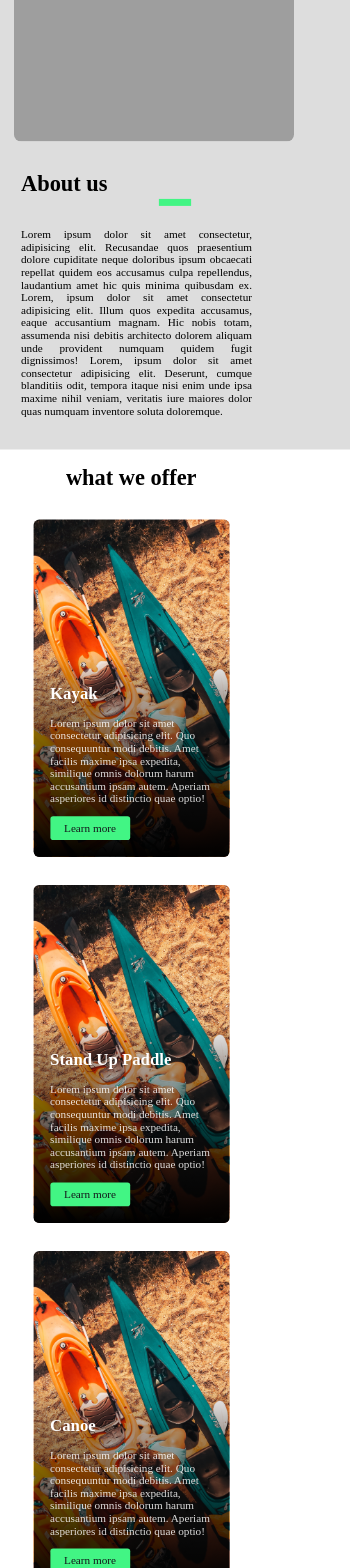
Repository: joseluis2289/Responsive-club-website
Page: index.html
These files come from the project's save history. The page is drawn as it stood at one moment and after the next save; the edit follows.
The browser window is 375 px wide. The page is 500 px wide, so the pictures cover 500 px, including what lies to the right of the window. The pictures show the part of the page from y = 1273 to 3513 px (the page is 4393 px tall before and 4417 px after), at 70% of full size.
Pictures or frames that could not be fetched are drawn as grey boxes.

Above is the page before, as saved 2021-08-24 13:07:35.

### index.html
<!DOCTYPE html>
<html lang="en">
<head>
    <meta charset="UTF-8">
    <meta http-equiv="X-UA-Compatible" content="IE=edge">
    <meta name="viewport" content="width=device-width, initial-scale=1.0">
    <link rel="stylesheet" href="style.css">
    <script src="script.js" defer></script>
    <title>Responsive-Club-website</title>
</head>
<body>

    <nav class="navbar">
        <!-- hamburger toggle -->
        <div class="brand-title">Club-Website</div>
        <a href="#" class="toggle-button">
            <span class="bar"></span>
            <span class="bar"></span>
            <span class="bar"></span>
        </a>

        <div class="nav-links">
            <ul>
                <li><a href="#">Home</a></li>
                <li><a href="#">About</a></li>
                <li><a href="#">Contact</a></li>
            </ul>
        </div>
    </nav>
<div class="banner"></div>

<section class="welcome">
    <h1 class="discover-title">Discover the city of Leipzig</h1>
    <p class="p-discover">Discover the "water city of Leipzig". No matter whether by paddle <strong>or canoe or rowing boat.</strong>The city and its surroundings are among the most beautiful paddling areas in Saxony. Leipzig offers an incomparable combination of urban flair, unique Wilhelminian style architecture Unesco World Heritage Site and natural paradise Leipzig floodplain forest. Overall, the city has almost 300 km of extensive river and canal landscape.</p>

</section>

<!-- about us section -->
<div class="grid-container-about">
    <img class="grid-item-img" src="./Cosmetics Discount Sale Landscape Banner.png" alt="about">
    <div class="grid-item-text"><h1><a class="aboutUs-title" href="#">About us</a></h1><p class="aboutUs-text"> Lorem ipsum dolor sit amet consectetur, adipisicing elit. Recusandae quos praesentium dolore cupiditate neque doloribus ipsum obcaecati repellat quidem eos accusamus culpa repellendus, laudantium amet hic quis minima quibusdam ex. Lorem, ipsum dolor sit amet consectetur adipisicing elit. Illum quos expedita accusamus, eaque accusantium magnam. Hic nobis totam, assumenda nisi debitis architecto dolorem aliquam unde provident numquam quidem fugit dignissimos! Lorem, ipsum dolor sit amet consectetur adipisicing elit. Deserunt, cumque blanditiis odit, tempora itaque nisi enim unde ipsa maxime nihil veniam, veritatis iure maiores dolor quas numquam inventore soluta doloremque.</p></div>
</div>

<h1 class="tittle-what-we-offer">what we offer</h1>


<div class="card-container">
    <div class="card">
        <div class="card-content">
        <h2 class="card-title">Kayak</h2>
        <p class="card-body">Lorem ipsum dolor sit amet consectetur adipisicing elit. Quo consequuntur modi debitis. Amet facilis maxime ipsa expedita, similique omnis dolorum harum accusantium ipsam autem. Aperiam asperiores id distinctio quae optio!</p>
        <a href="#" class="button">Learn more</a>
    </div>
    </div>

    <div class="card">
        <div class="card-content">
        <h2 class="card-title"> Stand Up Paddle</h2>
        <p class="card-body">Lorem ipsum dolor sit amet consectetur adipisicing elit. Quo consequuntur modi debitis. Amet facilis maxime ipsa expedita, similique omnis dolorum harum accusantium ipsam autem. Aperiam asperiores id distinctio quae optio!</p>
        <a href="#" class="button">Learn more</a>
    </div>
    </div>


    <div class="card">
        <div class="card-content">
        <h2 class="card-title">Canoe</h2>
        <p class="card-body">Lorem ipsum dolor sit amet consectetur adipisicing elit. Quo consequuntur modi debitis. Amet facilis maxime ipsa expedita, similique omnis dolorum harum accusantium ipsam autem. Aperiam asperiores id distinctio quae optio!</p>
        <a href="#" class="button">Learn more</a>
    </div>
    </div>

</div>





<!-- <section class="what-we-offer">
     <!-- <div class="kayak">kayak</div>
   <img class="kayak" src="./kayak.png" alt="kayak">
   <img class="kayak" src="./boat.png" alt="boat">
   <img class="kayak" src="./sup.png" alt="sup">
</section> -->




<section class="register">
    <form id="register" action="#">
        <h2 class="register-title">Register now!</h2>
        <label for="first-name">First-name:</label>
        <br/>
        <input type="text" name="first-name" id='name' placeholder="Enter your name">
        <br/>
        <label for="last-name">Last-name:</label>
        <br/>
        <input type="text" name="last-name" id="name" placeholder="Enter your last name">
        <br/>
        <label for="email">Email:</label>
        <br/>
        <input type="text" name="email" id="name" placeholder="Enter your email">
        <br/>&nbsp;
        <!-- <label for="gender">Gender:</label>
        <br/>
        <input type="radio" name="gender" id="male">
        &nbsp;
        <span id="male">Male</span>
        &nbsp; &nbsp;
        <input type="radio" name="gender" id="female">
        &nbsp;
        <span id="female">Female</span> -->
        <br/> <br/>
    <input type="submit" value="submit" name="submit" id="submit">
    </form>
</section>

<footer class="footer">
    <div>footer</div>
</footer>
</body>
</html>

### style.css
:root{
    --clr-neutral-900: hsl(207,19%,9%);
    --crl-neutral-100: hsl(0,0%,100%);
    --crl-accent-400: hsl(142, 90%, 61%);

}

*,
*::before,
*::after {
    box-sizing: border-box;
}


*{
    box-sizing: border-box;
}

body{
    margin: 0;
    border: 0;
}

.navbar{
    display: flex;
    justify-content: space-between;
    align-items: center;
    background-color: #333;
    color: white;
    font-family: 'Poppins', sans-serif;

}

.brand-title{
    font-size: 1.6rem;
    margin: .5rem;
    text-transform: uppercase;
    letter-spacing: 4px;
    -webkit-box-shadow: 0 10px 6px -6px rgb(80, 73, 73);
    -moz-box-shadow:0 10px 6px -6px rgb(114, 110, 110);
    box-shadow: 0 10px 6px -6px rgb(136, 133, 133);
    border-radius:10px;
}

.nav-links ul {
    margin: 0;
    padding: 0;
    display: flex;
}
.nav-links li {
    list-style: none;
}

.nav-links li a {
    text-decoration: none;
    color: white;
    padding: 1rem;
    display: block;
}
.nav-links li:hover{
    background-color:#555;
}

.toggle-button {
    position: absolute;
    top: .75rem;
    right: 1rem;
    display: none;
    flex-direction: column;
    justify-content: space-between;
    width: 30px;
    height: 22px;
}

.toggle-button .bar {
    height: 3px;
    width: 100%;
    background-color: white;
    border-radius: 10px;
}

.banner{
    background-image: url("/Cosmetics\ Discount\ Sale\ Landscape\ Banner.png");
    background-repeat: no-repeat;
    background-position: cover;
    background-size: 100% 100vh;
    height: 100vh;
}

/* discover the city of Leipzig */
.welcome{
    text-align: center;
    height: 30vh;

}
.discover-title{
    display: block;
    position: relative;
    cursor: pointer;
}
.discover-title::after{
    content:"";
    position: absolute;
    left: 620px;
    background: var(--crl-accent-400);
    display: block;
    border: 0;
    margin: 0.5rem 0;
    width:300px;
    height: 10px;
    transform: scaleX(0.1);
    transition: transform 0.4s ease;

}

.discover-title:hover:after,
.discover-title:active:after{
    transform: scaleX(1);
    transform-origin: left;
    transition: transform 0.5s ease;
}


.grid-container-about{
    background-color: #ddd;
    display: grid;
    grid-template-columns: 1fr 1fr;
    padding: 30px;
}
.grid-item-img{
    width: 400px;
    height: 40vh;
    border-radius:10px;

}

/* about us  */

.aboutUs-title{
color: #000;
text-decoration: none;
border: 0;
margin: 0.5rem 0;
line-height: 1.4;
display: block;
position: relative;
}

.aboutUs-title:after{
    position: absolute;
    content: "";
    background: var(--crl-accent-400);
    display: block;
    left:0;
    bottom:0;
    line-height: 1.4;
    width:100%;
    height: 10px;
    transform: scaleX(0.1);
    transition: transform 0.4s ease;

}

.aboutUs-title:hover:after,
.aboutUs-title:active:after{
    transform: scaleX(1);
    transform-origin: left bottom;
    transition: transform 0.5s ease;
}




/* what we offer cards */
.tittle-what-we-offer{
    text-align: center;
}

.card-container{
    display: flex;
    justify-content: space-around;
}

.card{
    color: var(--crl-neutral-100);
    background-image: url(./we-offer.jpg);
    background-size: cover;
    padding: 12rem 0 0;
    /* ch is 35 character wide */
    max-width: 35ch;
    border-radius: 0.5rem;
    overflow: hidden;
    transition: transform 500ms ease;

}

.card:hover{
    transform: scale(1.05);
}



.card-content{
    /* this variable only exist within the card content */
    --padding: 1.5rem;
    padding: var(--padding);
    /* here im appying some saturation and opacity of the backgroud card in order to king of fade it out */
    background: linear-gradient(
        hsl(0 0% 0% / 0),
        hsl(0 0% 0% / 0.3) 20%,
        hsl(0 0% 0% / 1)
    );
}

.card-title{
    position: relative;
    /* max-content it line up the with of the title */
    width: max-content;


}

.card-title::after{
    content:"";
    position: absolute;
    height: 4px;
    /* here I'm moving the green bar to the left in order to animate */
    left: calc(var(--padding) * -1 );
    bottom: 0;
    width: calc(100% + var(--padding));
    background: var(--crl-accent-400);
    /* here I'm animating the green bar from left to right */
    transform-origin: left;
    transform: scaleX(0);
    transition: transform 500ms ease;
}

.card:hover .card-title::after{
    transform: scaleX(1);
}

.card-body{
    color: rgb(255 255 255 / 0.85);
}

.button{
    cursor:pointer;
    display: inline-block;
    padding: 0.5em 1.3em;
    text-decoration: none;
    color: var(--clr-neutral-900);
    background-color: var(--crl-accent-400);
    padding: 0.5em 1.25em;
    border-radius: 0.25em;
}


.button:hover,
.button:focus {
    background-color: var(--crl-neutral-100);
}


/* .what-we-offer{
    display: grid;
    grid-template-columns: 1fr 1fr 1fr;
    display: flex;
    justify-content: space-around;
}
.kayak{
    /* background-image:url("kayak.png");
    height: 40vh;
    margin: 10px;
    border-radius:10px;
    background: #ddd;
    box-shadow: 0 6px 10px rgba(14, 13, 13, 0.08), 0 0 6px rgba(0, 0, 0, 0.05);
    cursor: pointer;
}


.kayak:hover{
    border: rgba(0, 0, 0, 0.05) solid 0;
    transform: scale(1.05);
    box-shadow: 0 10px 20px rgba(0, 0, 0, 0.12), 0 4px 8px rgba(0, 0, 0, 0.06);
    transition: 0.3s;
} */

/* register */
.register-title{
    text-align: center;
    padding: 20px;
    font-family:'Poppins', sans-serif;
}
#register{

    background-color:rgba(0, 0, 0, 0.05);
    width: 600px;
    font-size: 18px;
    border-radius:10px;
    border:1px solid rgba(214, 210, 210, 0.3);
    box-shadow: 2px 2px 15px;
    color:rgb(24, 21, 21);
    margin: 50px auto;
    text-align: center;
    padding: 20px;

}
label{
    font-family:'Poppins', sans-serif;
    font-size: 18px;
}
input#name{
    width: 300px;
    border: 1px solid #ddd;
    border-radius: 3px;
    outline: 0;
    padding: 7px;
    background-color: #fff;
    box-shadow: inset 1px 1px 5px
    rgba(0,0,0,0.3);
}


input#submit{
    width: 200px;
    padding: 7px;
    font-size: 16px;
    font-family: sans-serif;
    font-weight: 600;
    border: none;
    border-radius:3px;
    background-color:rgba(250, 100, 0, 0.8);
    color:black;
    cursor:pointer;
    border:1px solid rgba(255, 255, 255, 0.3);
    box-shadow: 1px 1px 5px rgba(0, 0, 0, 0.3);
    margin-bottom: 20px;
}

/* label,span,h2{
     text-shadow: 1px 1px 5px rgba(0, 0, 0, 0.3);
} */

/* footer */
.footer{
    width: 100%;
    height: 40vh;
    background-color:#000;
    color:whitesmoke;
}

@media(min-width: 320px) and (max-width: 480px){
    .toggle-button{
        display: flex;

        align-content: flex-end;
        right: -40px;
    }
    .nav-links{
          display: none;
         width: 100%;
    }
    .navbar{
        flex-direction: column;
        align-items: flex-start;
        width: 390px;
    }
    .banner{
        background-image: url("/Cosmetics\ Discount\ Sale\ Landscape\ Banner.png");
        background-repeat: no-repeat;
        background-position: cover;
        background-size: 100% 100vh;
        height: 100vh;
        width: 390px;
    }
    .nav-links ul {
        width: 100%;
        flex-direction: column;

    }
    .nav-links li {
        text-align: center;
    }
    .nav-links li a {
        padding: .5rem 1rem;
    }
    .nav-links.active{
        display: flex;

    }
    .discover-title::after{
        left: 5px;
    }
    .discover-title{
        margin: 20px auto 25px 40px;
    }
    .p-discover{
        text-align: justify;
        text-justify: inter-word;
        width: 350px;
        margin:0 auto 0 20px;
    }
    .grid-container-about{
        margin: 30px 0 0;
        background-color: #ddd;
        display: grid;
        grid-template-columns: 1fr;
        padding: 20px;
        width: 500px;
    }
    .grid-item-img{
        margin: 0 0 6px 0px ;
    }
    .aboutUs-title{

        padding: 10px;
    }
    .aboutUs-text{
        text-align: justify;
        text-justify: inter-word;
        width: 350px;
        padding: 10px;

    }
    .card-container{
        display: flex;
        flex-direction: column;


    }
    .card{
        margin: 20px auto;
    }


    #register{
        width: 300px;
    }

    input#name{
        width: 200px;
    }


}

/* ##Device = Low Resolution Tablets, Mobiles (Landscape)
##Screen = B/w 481px to 767px */

@media (min-width: 481px) and (max-width: 767px){
    .navbar{
        width: 780px;
        flex-direction: row;
        justify-content: space-around;
        align-content: center;
    }
    .banner{
        background-image: url("/Cosmetics\ Discount\ Sale\ Landscape\ Banner.png");
        background-repeat: no-repeat;
        background-position: cover;
        background-size: 100% 100vh;
        height: 100vh;
        width: 780px;
    }

    .discover-title::after{
        left: 260px;
        margin: 0 0 30px;

    }
    .discover-title{
        width: 800px;
        text-align: center;
    }
    .p-discover{
        text-align: justify;
        text-justify: inter-word;
        width: 700px;
        padding: 0.7em 5em;
        margin:20px 0 0 60px;
        font-size: 20px;

    }
    .grid-container-about{
        width: 800px;
        margin: 40px 0;
        background-color: #ddd;
        display: grid;
        grid-template-columns: 1fr;
        padding: 90px;
    }
    .aboutUs-text{
        text-align: justify;
        text-justify: inter-word;
        width: 550px;
    }
    .card-container{
        display: flex;
        flex-direction: column;


    }
    .card{
        margin: 20px auto;
    }

}

### script.js
const toggleButton = document.getElementsByClassName("toggle-button")[0]
const navBarLinks = document.getElementsByClassName("nav-links")[0]

toggleButton.addEventListener("click", () =>{
    // toggle the active class so If the active class does exist it will add it and viceversa
    navBarLinks.classList.toggle("active")
}
)

After the next save:
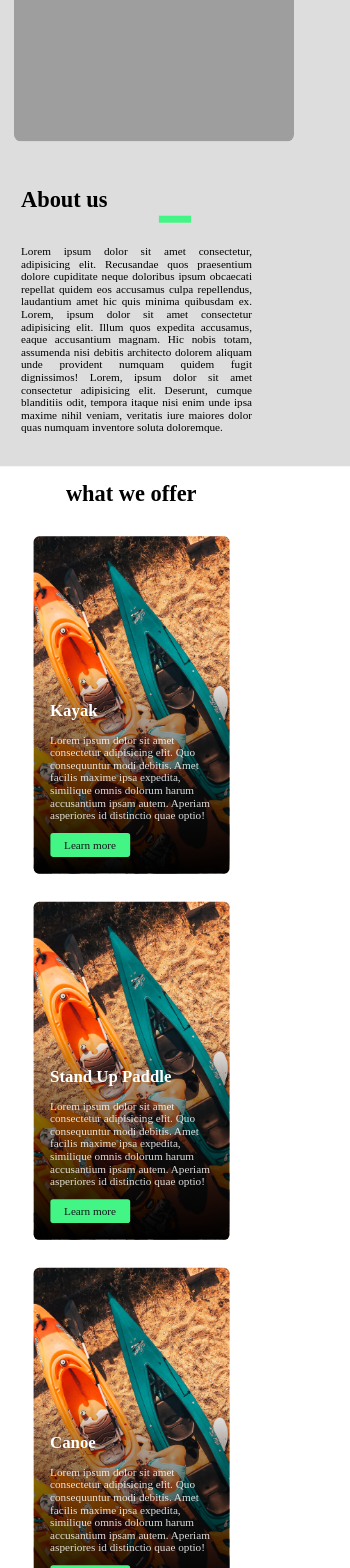
Saved 5 s later.
--- a/style.css
+++ b/style.css
@@ -409,7 +409,7 @@ input#submit{
         width: 500px;
     }
     .grid-item-img{
-        margin: 0 0 6px 0px ;
+        margin: 0 0 30px 0px ;
     }
     .aboutUs-title{
 
